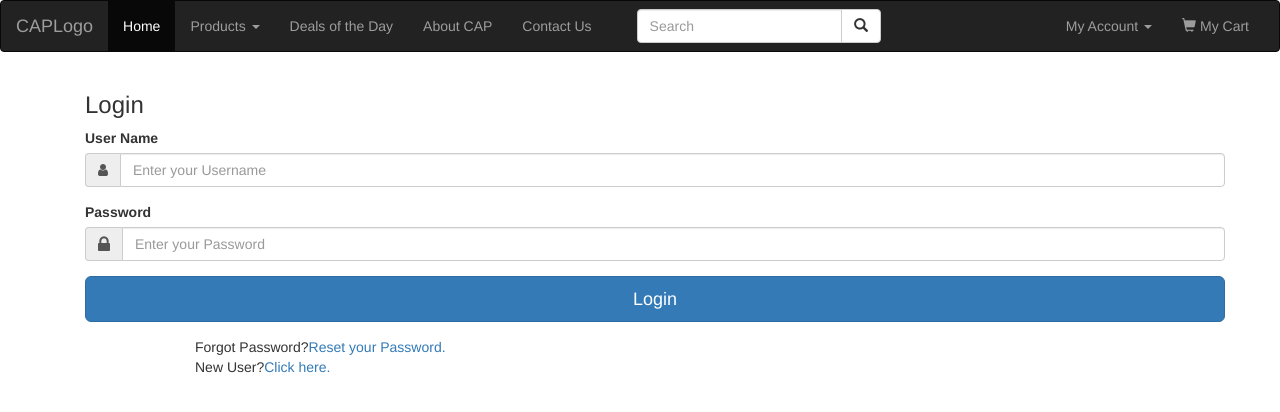
Repository: Guru-Raghavendran/CoinsAndPapers_webapp
Page: http://localhost/FrontEnd/WEB-INF/views/Login.jsp
An editor plug-in stored every save of this project. The page is shown before and after the next save, followed by the edit.
The browser window is 1280 px wide. The pictures show the whole page.
Some web fonts or font styles are not loaded; a fallback is used. Some web libraries are served in a nearby version. The page is served by Tomcat 9. Nobody is signed in. Other server files are loaded and not shown. The template is opened directly, without the code that normally fills it, so the values that code supplies are empty.

Above is the page before, as saved 2018-04-16 07:56:22.

### FrontEnd/src/main/webapp/WEB-INF/views/Login.jsp
<!DOCTYPE html>
<html>
<head>
<title>Login to CAP account</title>

<!-- Latest compiled and minified CSS -->
<link rel="stylesheet"
	href="https://maxcdn.bootstrapcdn.com/bootstrap/3.3.7/css/bootstrap.min.css">
<!-- jQuery library -->
<script
	src="https://ajax.googleapis.com/ajax/libs/jquery/3.3.1/jquery.min.js"></script>
<!-- Latest compiled JavaScript -->
<script
	src="https://maxcdn.bootstrapcdn.com/bootstrap/3.3.7/js/bootstrap.min.js"></script>
<!-- Website Font style -->
<link rel="stylesheet"
	href="https://maxcdn.bootstrapcdn.com/font-awesome/4.6.1/css/font-awesome.min.css">
<!-- Google Fonts -->
<link href='https://fonts.googleapis.com/css?family=Passion+One'
	rel='stylesheet' type='text/css'>
<link href='https://fonts.googleapis.com/css?family=Oxygen'
	rel='stylesheet' type='text/css'>
<style>
</style>
</head>

<body>

	<%@include file="NavBar.jsp" %>

	<div class="container">
		<div class="contentSection" style="display: flex;">
			<div class="registerForm1"></div>
			<div class="loginForm">
				<div class="container">
					<h3>Login</h3>
					<form class="" method="post" action="#">

						<div class="form-group">
							<label for="username" class="cols-sm-2 control-label">User Name</label>
							<div class="cols-sm-10">
								<div class="input-group">
									<span class="input-group-addon"><i class="fa fa-user fa"
										aria-hidden="true"></i></span> <input type="text"
										class="form-control" name="username" id="username"
										placeholder="Enter your Username" />
								</div>
							</div>
						</div>

						<div class="form-group">
							<label for="password" class="cols-sm-2 control-label">Password</label>
							<div class="cols-sm-10">
								<div class="input-group">
									<span class="input-group-addon"><i
										class="fa fa-lock fa-lg" aria-hidden="true"></i></span> <input
										type="password" class="form-control" name="password"
										id="password" placeholder="Enter your Password" />
								</div>
							</div>
						</div>

						<div class="form-group ">
							<a href="" target="_blank" type="button" id="button"
								class="btn btn-primary btn-lg btn-block login-button">Login</a>
						</div>
					</form>
					<span style="padding-left: 110px">Forgot Password?<a
						href="reset">Reset your Password.</a></span> <br> <span
						style="padding-left: 110px">New User?<a href="SignUp">Click
							here.</a></span>

				</div>
			</div>
			<div class="registerForm2"></div>
		</div>
	</div>

</body>
</html>

### FrontEnd/src/main/webapp/WEB-INF/views/NavBar.jsp
<%@page isELIgnored="false" %>
     <%@taglib uri="http://java.sun.com/jsp/jstl/core" prefix="c"%>
     <%@taglib uri="http://www.springframework.org/tags/form" prefix="form"%>
<!DOCTYPE html>
<html>
<head>
<meta http-equiv="Content-Type" content="text/html; charset=ISO-8859-1">

</head>
<body>

	<nav class="navbar navbar-inverse">
		<div class="container-fluid">
			<div class="navbar-header">
				<button type="button" class="navbar-toggle" data-toggle="collapse"
					data-target="#myNavbar">
					<span class="icon-bar"></span> <span class="icon-bar"></span> <span
						class="icon-bar"></span>
				</button>
				<a class="navbar-brand" href="#">CAPLogo</a>
			</div>
			<div class="collapse navbar-collapse" id="myNavbar">
				<ul class="nav navbar-nav">
					<li class="active"><a href=" ">Home</a></li>

					<li class="dropdown"><a class="dropdown-toggle"
						data-toggle="dropdown" href="#">Products <span class="caret"></span></a>
						<ul class="dropdown-menu">
							<li class="dropdown-header">Coins</li>
							<li><a href="#">Indian New Coins</a></li>
							<li><a href="#">Indian Ancient Coins</a></li>
							<li><a href="#">Foreign New Coins</a></li>
							<li><a href="#">Foreign Ancient Coins</a></li>
							<li class="divider"></li>
							<li class="dropdown-header">Stamps</li>
							<li><a href="#">Indian New Stamps</a></li>
							<li><a href="#">Indian Ancient Stamps</a></li>
							<li><a href="#">Foreign New Stamps</a></li>
							<li><a href="#">Foreign Ancient Stamps</a></li>
						</ul></li>


					<li><a href="#">Deals of the Day</a></li>
					<li><a href="AboutUs">About CAP</a></li>
					<li><a href="ContactUs">Contact Us</a></li>
					</ul>
					<div class="col-sm-3 col-md-3">
        <form class="navbar-form " role="search">
        <div class="input-group">
            <input type="text" class="form-control" placeholder="Search" name="q">
            <div class="input-group-btn" >
                <button class="btn btn-default" type="submit"><i class="glyphicon glyphicon-search"></i></button>
            </div>
        </div>
        </form>
    </div>

				<ul class="nav navbar-nav navbar-right">

					<li class="dropdown"><a class="dropdown-toggle"
						data-toggle="dropdown" href="#">My Account <span class="caret"></span></a>
						<ul class="dropdown-menu">


							<li><a href="Login"><span
									class="glyphicon glyphicon-user"></span> Login</a></li>
							<li><a href="SignUp"><span
									class="glyphicon glyphicon-user"></span> Sign Up</a></li>
						</ul></li>
					<li><a href="#"><span
							class="glyphicon glyphicon-shopping-cart"></span> My Cart</a></li>
				</ul>
			</div>
		</div>
	</nav>




</body>
</html>

After the next save:
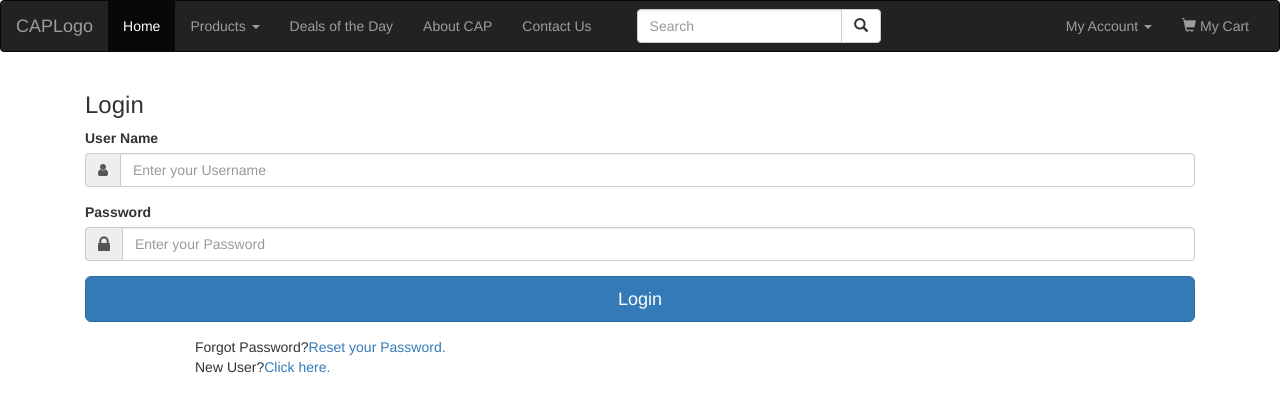
Saved 4 min 11 s later.
--- a/FrontEnd/src/main/webapp/WEB-INF/views/Login.jsp
+++ b/FrontEnd/src/main/webapp/WEB-INF/views/Login.jsp
@@ -31,8 +31,9 @@
 	<div class="container">
 		<div class="contentSection" style="display: flex;">
 			<div class="registerForm1"></div>
-			<div class="loginForm">
+
 				<div class="container">
+				<div class="loginForm">
 					<h3>Login</h3>
 					<form class="" method="post" action="#">
 

After the save that followed:
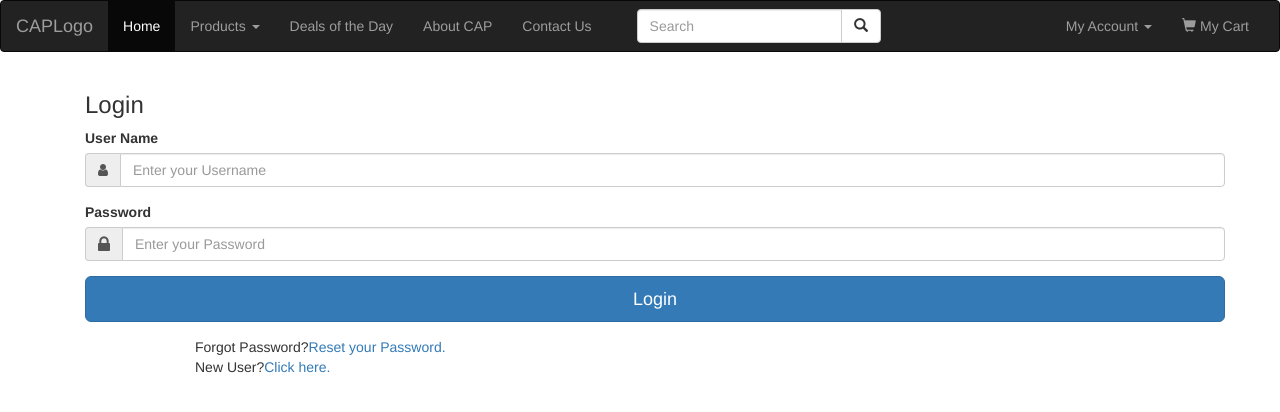
Saved 14 s later.
--- a/FrontEnd/src/main/webapp/WEB-INF/views/Login.jsp
+++ b/FrontEnd/src/main/webapp/WEB-INF/views/Login.jsp
@@ -30,7 +30,7 @@
 
 	<div class="container">
 		<div class="contentSection" style="display: flex;">
-			<div class="registerForm1"></div>
+			<div class="registerForm1">
 
 				<div class="container">
 				<div class="loginForm">
@@ -46,6 +46,7 @@
 										class="form-control" name="username" id="username"
 										placeholder="Enter your Username" />
 								</div>
+							</div>
 							</div>
 						</div>
 
